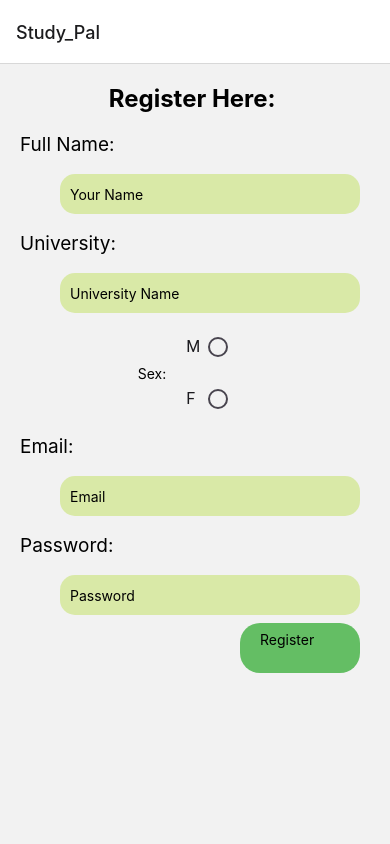
Repository: abdurehmanali611/Study-Pal
Screen: /
These files come from the project's save history. The screen is drawn as it stood at one moment and after a run of saves; the edit follows.
The app was drawn by React Native's web renderer in a window 390 px wide. The project was rebuilt for these pictures with package versions that can differ from the ones it lists, and the page was loaded fresh each time. Also part of the build but not shown: Front_Pages/Home.js, Screens/Softwareeng.js, Screens/Computersci.js, Screens/Informationsci.js, Screens/Informationtech.js, Screens/Softwarecards.js, Screens/Computercards.js, Screens/Sciencecards.js and 4 more.

Above is the screen before, as saved 2024-01-23 22:25:09.

After the next 4 saves:
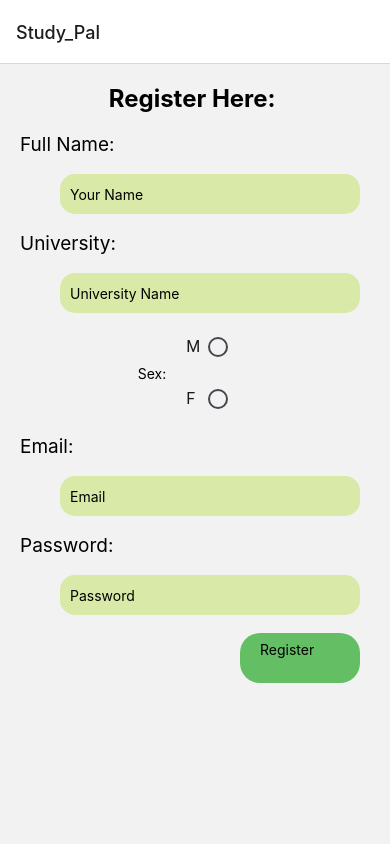
The 4 saves are shown as one change because they came seconds apart.
The last was saved 14 s later.
--- a/Front_Pages/Sign_Up.js
+++ b/Front_Pages/Sign_Up.js
@@ -153,7 +153,8 @@ const styles = StyleSheet.create ({
       height: 50,
       width: 120,
       paddingLeft: 20,
-      paddingTop: 8
+      paddingTop: 8,
+      marginVertical: 10
     }
 })
 
